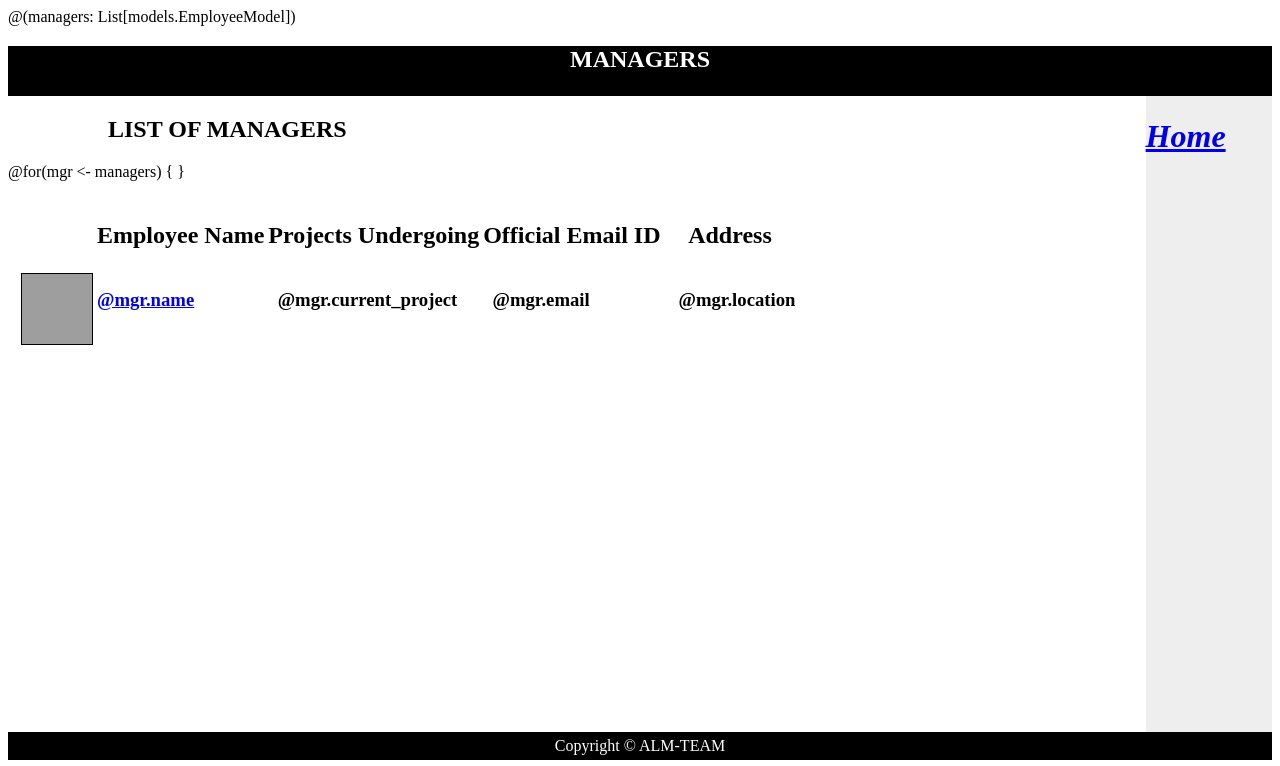
Repository: sumitkum200690/PLAY_SLICK
Page: Play_DB/app/views/managerPage.scala.html
The author's editor kept a copy of each file at every save. The page is drawn from the files as they stood at one save, then again after the next save.
The browser window is 1280 px wide. The pictures show the whole page.
Pictures or frames that could not be fetched are drawn as grey boxes.

Above is the page before, as saved 2015-09-25 10:26:28.

### Play_DB/app/views/managerPage.scala.html
@(managers: List[models.EmployeeModel])
<head>
<style>

#maindiv{
	height:100%;
	width:100%;

}

#header{
	height:7%;
	width:100%;
	background-color:black;
	color:white;
	text-align:center;


}


#d3{
	height:93%;
	width:100%;
	float:left;
}

#content{
	height:95%;
	width:100%;

}

#list{
	height:100%;
	width:90%;
	float:left;
	background-color:white;
}

#home{
	height:100%;
	width:10%;
	float:left;
	background-color:#eeeeee;
}

#footer{
	height:5%;
	width:100%;
	background-color:black;
	color:white;
}

#header2 {
    background-color:black;
    color:white;
    text-align:center;
    padding:5px;
}

#section {
    width:100%;
    float:left;
    padding:10px;
     height: 100%;
     background-color:blue;
}

#section2 {
    width:100%;
    float:left;
    padding:10px;
     height: 100%;
}

#footer2 {
    background-color:black;
    color:white;
    clear:both;
    text-align:center;
   padding:5px;

   margin-bottom: 1px;
}




</style>


</head>








<body style="height: 100%; background-color:white" >

<div id="maindiv">

	<div id="header">

	<h2>MANAGERS</h2>
	</div>

	<div id="d3">

		<div id="content">

			<div id="list">
				<h2 style="margin-left:100px ">LIST OF MANAGERS</h2>
				<table style="margin-left:10px ">


				  <tr>
				  <th>&nbsp; &nbsp; </th><th> &nbsp; &nbsp;&nbsp; &nbsp;<h2>Employee  Name</h2></th>

				  <th >&nbsp;&nbsp;<h2>Projects Undergoing</h2></th>
				  <th>&nbsp;&nbsp;<h2>Official Email ID</h2></th>
				  <th >&nbsp;&nbsp;<h2>Address</h2></th>

				  </tr>

				  @for(mgr <- managers) {



				<tr>

				<td><img src="/assets/images/@mgr.id@(".png")" alt="alt text" height="70" width="70" border="1"/></td>
				<td><a href="/Reportees/@mgr.id"><h3>@mgr.name</h3></a></td>
				<td><h3> &nbsp;&nbsp;@mgr.current_project</h3></td>
				<td><h3> &nbsp;&nbsp;@mgr.email</h3></td>
				<td><h3>&nbsp;&nbsp; @mgr.location</h3></td>

				</tr>



				  }
				  </table>

			</div>

			<div id="home" style="float:left;"><a href="/"><h1><b><I>Home</I></b></h1></a></div>

		</div>

		<div id="footer2">
		Copyright © ALM-TEAM
		</div>

	</div>

</div>

After the next save:
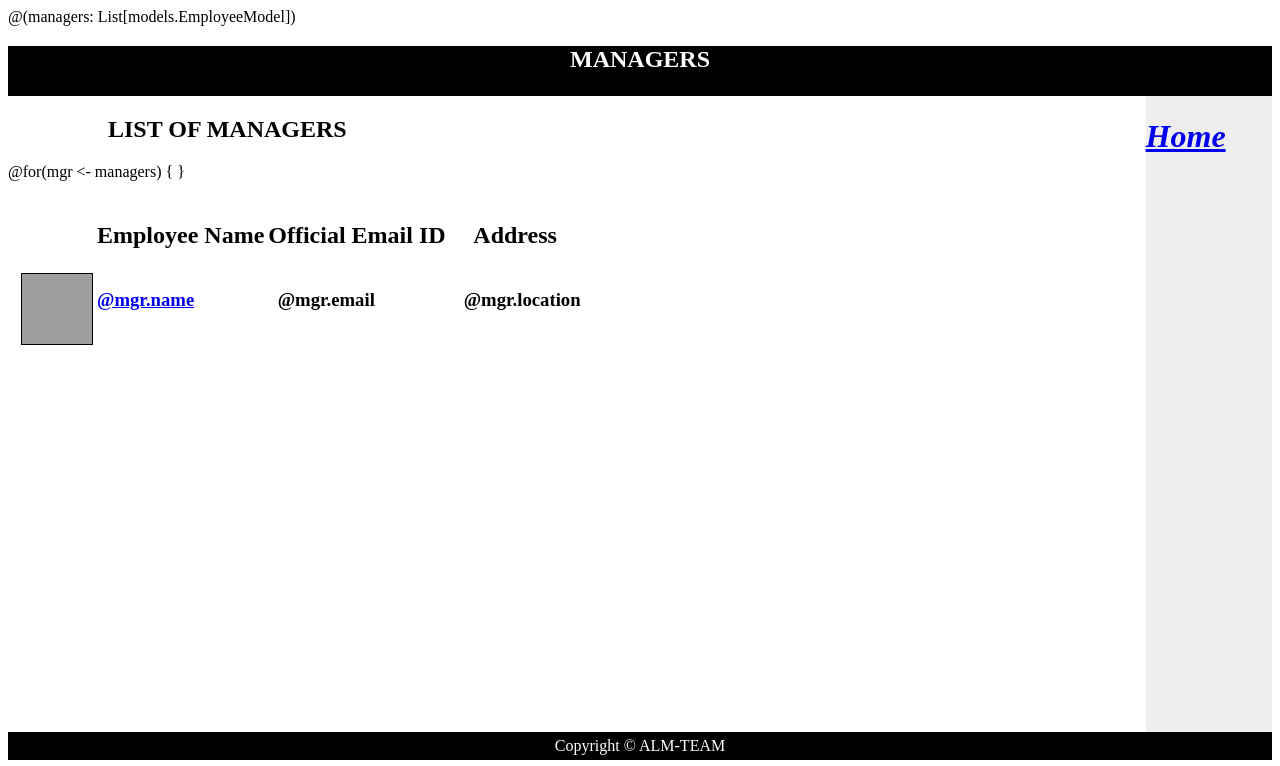
Saved 102 s later.
--- a/Play_DB/app/views/managerPage.scala.html
+++ b/Play_DB/app/views/managerPage.scala.html
@@ -120,7 +120,7 @@
 				  <tr>
 				  <th>&nbsp; &nbsp; </th><th> &nbsp; &nbsp;&nbsp; &nbsp;<h2>Employee  Name</h2></th>
 
-				  <th >&nbsp;&nbsp;<h2>Projects Undergoing</h2></th>
+
 				  <th>&nbsp;&nbsp;<h2>Official Email ID</h2></th>
 				  <th >&nbsp;&nbsp;<h2>Address</h2></th>
 
@@ -134,7 +134,7 @@
 
 				<td><img src="/assets/images/@mgr.id@(".png")" alt="alt text" height="70" width="70" border="1"/></td>
 				<td><a href="/Reportees/@mgr.id"><h3>@mgr.name</h3></a></td>
-				<td><h3> &nbsp;&nbsp;@mgr.current_project</h3></td>
+
 				<td><h3> &nbsp;&nbsp;@mgr.email</h3></td>
 				<td><h3>&nbsp;&nbsp; @mgr.location</h3></td>
 
